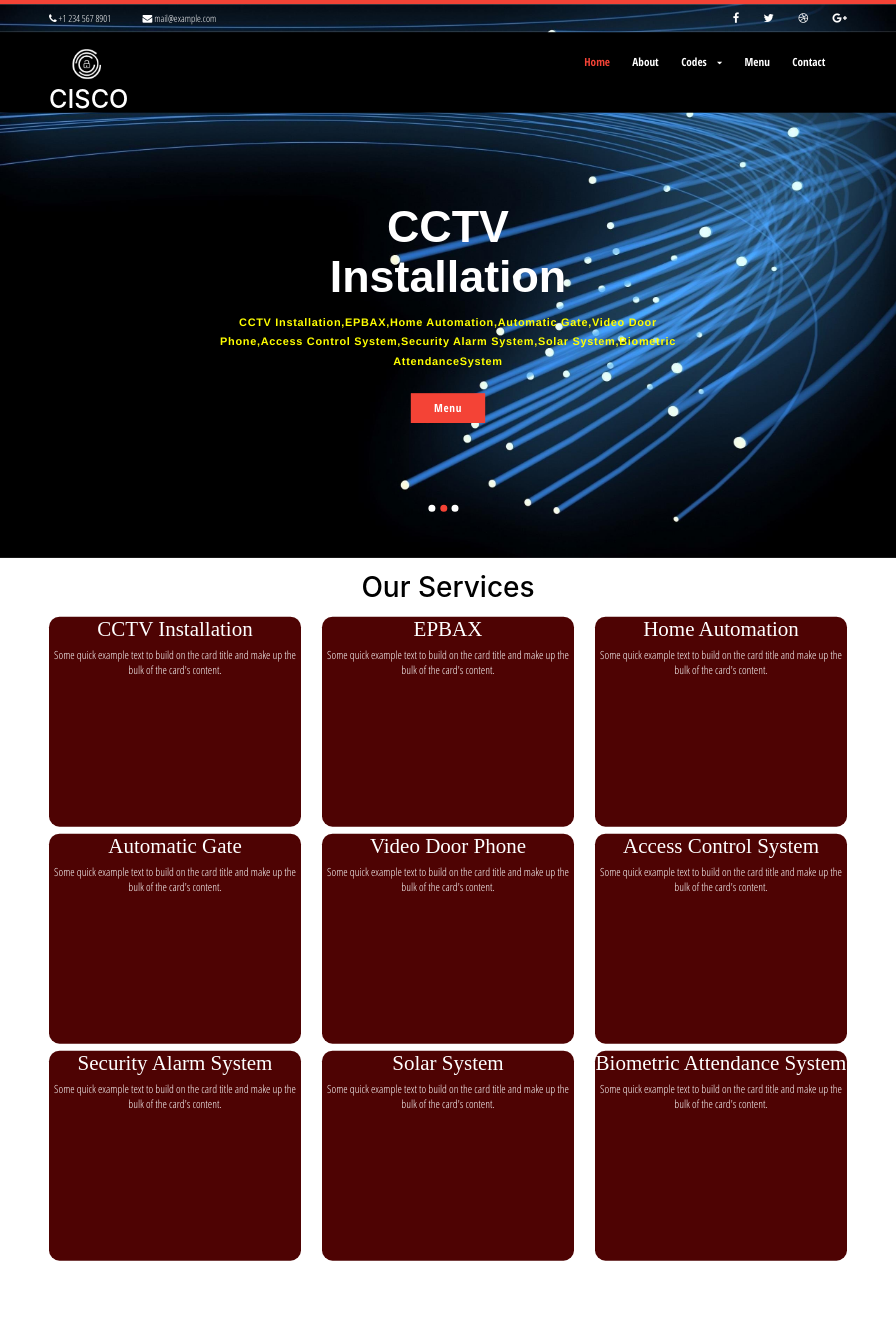
Repository: Nuhman123/Cisco
Page: index.html
The author's editor kept a copy of each file at every save. The page is drawn from the files as they stood at one save, then again after a run of saves.
The browser window is 1280 px wide. The pictures show the part of the page from y = 0 to 1920 px (the page is 3238 px tall before and 3225 px after), at 70% of full size.

Above is the page before, as saved 2021-04-08 19:23:51.

### index.html
<!--A Design by W3layouts
Author: W3layout
Author URL: http://w3layouts.com
License: Creative Commons Attribution 3.0 Unported
License URL: http://creativecommons.org/licenses/by/3.0/
-->
<!DOCTYPE html>
<html lang="en">
<head>
<title>Royal Recipes a Hotels and restaurants Category Flat Bootstrap responsive Website Template | Home :: w3layouts</title>
<meta name="viewport" content="width=device-width, initial-scale=1">
<meta http-equiv="Content-Type" content="text/html; charset=utf-8" />
<meta name="keywords" content="Royal Recipes Responsive web template, Bootstrap Web Templates, Flat Web Templates, Android Compatible web template,
Smartphone Compatible web template, free webdesigns for Nokia, Samsung, LG, SonyEricsson, Motorola web design" />
<script type="application/x-javascript"> addEventListener("load", function() { setTimeout(hideURLbar, 0); }, false); function hideURLbar(){ window.scrollTo(0,1); } </script>
<!-- bootstrap-css -->
<link href="css/bootstrap.css" rel="stylesheet" type="text/css" media="all" />
<!--// bootstrap-css -->
<!-- css -->
<link rel="stylesheet" href="css/style.css" type="text/css" media="all" />
<!--// css -->
<link rel="stylesheet" href="css/owl.carousel.css" type="text/css" media="all">
<link href="css/owl.theme.css" rel="stylesheet">
<!-- font-awesome icons -->
<link href="css/font-awesome.css" rel="stylesheet">
<!-- //font-awesome icons -->
<!-- font -->
<link href='//fonts.googleapis.com/css?family=Pacifico' rel='stylesheet' type='text/css'>
<link href='//fonts.googleapis.com/css?family=Open+Sans+Condensed:300,300italic,700' rel='stylesheet' type='text/css'>
<!-- //font -->
<script src="js/jquery-1.11.1.min.js"></script>
<script src="js/bootstrap.js"></script>
<!-- light-box -->
<link rel="stylesheet" href="css/lightbox.css">
<!-- //light-box -->
<script src="js/SmoothScroll.min.js"></script>
<!--search jQuery-->
<script src="js/main.js"></script>
<!--//search jQuery-->
<script type="text/javascript">
	jQuery(document).ready(function($) {
		$(".scroll").click(function(event){
			event.preventDefault();
			$('html,body').animate({scrollTop:$(this.hash).offset().top},1000);
		});
	});
</script>

<script>
$(document).ready(function() {
	$("#owl-demo").owlCarousel({

		autoPlay: 3000, //Set AutoPlay to 3 seconds
		autoPlay:true,
		items : 4,
		itemsDesktop : [640,5],
		itemsDesktopSmall : [414,4]

	});

});
</script>
</head>
<body>
	<div class="w3layouts-banner-top">

	</div>
	<!-- banner -->
	<div class="banner">
		<div class="top-banner">
			<div class="container">
				<div class="top-banner-left">
					<ul>
						<li><i class="fa fa-phone" aria-hidden="true"></i> +1 234 567 8901</li>
						<li><a href="mailto:example@email.com"><i class="fa fa-envelope" aria-hidden="true"></i> mail@example.com</a></li>
					</ul>
				</div>
				<div class="top-banner-right">
					<ul>
						<li><a class="facebook" href="#"><i class="fa fa-facebook" aria-hidden="true"></i></a></li>
						<li><a class="facebook" href="#"><i class="fa fa-twitter" aria-hidden="true"></i></a></li>
						<li><a class="facebook" href="#"><i class="fa fa-dribbble" aria-hidden="true"></i></a></li>
						<li><a class="facebook" href="#"><i class="fa fa-google-plus" aria-hidden="true"></i></a></li>
					</ul>
				</div>
				<div class="clearfix"> </div>
			</div>
		</div>
		<div class="header" style="background: black;">
			<div class="container">
				<div class="logo">
					<header>
						<div class="col-xs-4">
							<img src="images/csc0log.png">
						</div>
						<div class="col-xs-4">

						</div>
					<h1>
						<a href="index.html">CISCO</a>
					</h1>
				</div>
				<div class="top-nav">
					<nav class="navbar navbar-default">
							<button type="button" class="navbar-toggle collapsed" data-toggle="collapse" data-target="#bs-example-navbar-collapse-1">Menu
							</button>
						<!-- Collect the nav links, forms, and other content for toggling -->
						<div class="collapse navbar-collapse" id="bs-example-navbar-collapse-1">
							<ul class="nav navbar-nav">
								<li><a class="active" href="index.html">Home</a></li>
								<li><a href="about.html">About</a></li>
								<li><a href="#" class="dropdown-toggle hvr-bounce-to-bottom" data-toggle="dropdown" role="button" aria-haspopup="true" aria-expanded="false">Codes<span class="caret"></span></a>
									<ul class="dropdown-menu">
										<li><a class="hvr-bounce-to-bottom" href="icons.html">Icons</a></li>
										<li><a class="hvr-bounce-to-bottom" href="typography.html">Typography</a></li>
									</ul>
								</li>
								<li><a href="menu.html">Menu</a></li>
								<li><a href="contact.html">Contact</a></li>
							</ul>
							<div class="clearfix"> </div>
						</div>
					</nav>
				</div>
			</header>
				<div class="clearfix"> </div>
			</div>
		</div>
		<div class="banner-slider">
			<div class="container">
				<div class="slider">
					<div class="callbacks_container">
						<ul class="rslides callbacks callbacks1" id="slider4">
							<li>
								<div class="agileits-banner-info">
									<h3>CISCO</h3>
									<h5>Security Solutions & Automation</h5>
									<p>CCTV Installation,EPBAX,Home Automation,Automatic Gate,Video Door Phone,Access Control System,Security Alarm System,Solar System,Biometric AttendanceSystem</p>
									<a href="menu.html">Menu</a>
								</div>
							</li>
							<li>
								<div class="agileits-banner-info">
									<h3>CCTV<br> Installation</h3>
									<p>CCTV Installation,EPBAX,Home Automation,Automatic Gate,Video Door Phone,Access Control System,Security Alarm System,Solar System,Biometric AttendanceSystem</p>
									<a href="menu.html">Menu</a>
								</div>
							</li>
							<li>
								<div class="agileits-banner-info">
									<h3>CISCO</h3>
									<p>CCTV Installation,EPBAX,Home Automation,Automatic Gate,Video Door Phone,Access Control System,Security Alarm System,Solar System,Biometric AttendanceSystem</p>
									<a href="menu.html">Menu</a>
								</div>
							</li>
						</ul>
					</div>
					<script src="js/responsiveslides.min.js"></script>
					<script>
						// You can also use "$(window).load(function() {"
						$(function () {
						  // Slideshow 4
						  $("#slider4").responsiveSlides({
							auto: true,
							pager:true,
							nav:false,
							speed: 500,
							namespace: "callbacks",
							before: function () {
							  $('.events').append("<li>before event fired.</li>");
							},
							after: function () {
							  $('.events').append("<li>after event fired.</li>");
							}
						  });

						});
					 </script>
					<!--banner Slider starts Here-->
				</div>
			</div>
		</div>
	</div>
	<!-- banner -->
	<!-- services -->
	<section class="bg-light p-4 mt-5" id="Services-section">
		<div class="container">
		  <h1 class="services text-center">Our Services</h1>
		  <div class="row">
			<div class="col-lg-4 col-md-6 pt-3">
			  <div class="card text-center">

				<div class="card-body">
				  <h5 class="card-title">CCTV Installation</h5>
				  <p class="card-text">Some quick example text to build on the card title and make up the bulk of the card's content.</p>
				</div>
			  </div>
			</div>
			<div class="col-lg-4 col-md-6  pt-3">
			  <div class="card text-center ">

				<div class="card-body">
				  <h5 class="card-title">EPBAX</h5>
				  <p class="card-text">Some quick example text to build on the card title and make up the bulk of the card's content.</p>
				</div>
			  </div>
			</div>
			<div class="col-lg-4 col-md-6  pt-3">
			  <div class="card text-center ">

				<div class="card-body">
				  <h5 class="card-title">Home Automation</h5>
				  <p class="card-text">Some quick example text to build on the card title and make up the bulk of the card's content.</p>
				</div>
			  </div>
			</div>
			<div class="col-lg-4 col-md-6  pt-3">
			  <div class="card text-center">
				<div class="card-body">
				  <h5 class="card-title">Automatic Gate</h5>
				  <p class="card-text">Some quick example text to build on the card title and make up the bulk of the card's content.</p>
				</div>
			  </div>
			</div>
			<div class="col-lg-4 col-md-6  pt-3">
			  <div class="card text-center">
				<div class="card-body">
				  <h5 class="card-title">Video Door Phone</h5>
				  <p class="card-text">Some quick example text to build on the card title and make up the bulk of the card's content.</p>
				</div>
			  </div>
			</div>
			<div class="col-lg-4 col-md-6  pt-3">
			  <div class="card text-center ">
				<div class="card-body">
				  <h5 class="card-title">Access Control System</h5>
				  <p class="card-text">Some quick example text to build on the card title and make up the bulk of the card's content.</p>
				</div>
			  </div>
			</div>
			<div class="col-lg-4 col-md-6  pt-3">
				<div class="card text-center ">
				  <div class="card-body">
					<h5 class="card-title">Security Alarm System</h5>
					<p class="card-text">Some quick example text to build on the card title and make up the bulk of the card's content.</p>
				  </div>
				</div>
			  </div>
			  <div class="col-lg-4 col-md-6  pt-3">
				<div class="card text-center ">
				  <div class="card-body">
					<h5 class="card-title">Solar System</h5>
					<p class="card-text">Some quick example text to build on the card title and make up the bulk of the card's content.</p>
				  </div>
				</div>
			  </div>
			  <div class="col-lg-4 col-md-6  pt-3">
				<div class="card text-center ">
				  <div class="card-body">
					<h5 class="card-title">Biometric Attendance System</h5>
					<p class="card-text">Some quick example text to build on the card title and make up the bulk of the card's content.</p>
				  </div>
				</div>
			  </div>
		  </div>
		</div>
	  </section>
	<!-- //services -->
	<!-- offer -->
	<div class="jarallax offer">
		<div class="container">
			<div class="w3l-offer-heading">
				<h3>Today Offers</h3>
			</div>
			<div class="w3ls-offer-slider">
				<div class="slider">
					<div class="callbacks_container">
						<ul class="rslides callbacks callbacks1" id="slider3">
							<li>
								<div class="agileinfo-offer-grid">
									<h4>45<span>%</span></h4>
									<h5>Pork Vindaloo</h5>
									<p>Quisque scelerisque rutrum nunc, eget hendrerit diam porta efficitur. Duis bibendum consequat est, sed efficitur arcu. Morbi viverra, leo sit amet vestibulum dignissim, tortor est dignissim dolor, eu accumsan est urna id felis. </p>
								</div>
							</li>
							<li>
								<div class="agileinfo-offer-grid">
									<h4>50%</h4>
									<h5>Phaal Curry</h5>
									<p>Vestibulum euismod porttitor interdum. Vivamus porta consectetur nulla porttitor hendrerit. Pellentesque ultrices augue ut nibh feugiat, nec egestas orci cursus. Sed vehicula quis erat sed lobortis. Curabitur eleifend sit amet.</p>
								</div>
							</li>
							<li>
								<div class="agileinfo-offer-grid">
									<h4>64%</h4>
									<h5>Laal Maas</h5>
									<p>Aenean volutpat auctor ultrices. Aliquam ac turpis ultrices, porta enim at, interdum velit. Ut ligula justo, sodales eu nisi a, molestie dictum leo. Sed blandit porta ante, at consequat nulla fermentum a. Donec aliquet tristique.</p>
								</div>
							</li>
						</ul>
					</div>
					<script>
						// You can also use "$(window).load(function() {"
						$(function () {
						  // Slideshow 4
						  $("#slider3").responsiveSlides({
							auto: true,
							pager:false,
							nav:false,
							speed: 500,
							namespace: "callbacks",
							before: function () {
							  $('.events').append("<li>before event fired.</li>");
							},
							after: function () {
							  $('.events').append("<li>after event fired.</li>");
							}
						  });

						});
					 </script>
					<!--banner Slider starts Here-->
				</div>
			</div>
			<script src="js/jarallax.js"></script>
		</div>
	</div>
	<!-- //offer -->
	<!-- special -->
	<div class="special">
		<div class="container">
			<div class="wthree-special-heading">
				<h3>IMAGES</h3>
			</div>
			<div class="special-grids">
				<div id="owl-demo" class="owl-carousel owl-theme">
						<div class="item">
							<div class="w3-agileits-special-grid-info">
								<img src="images/bio.jfif" alt="" />
							</div>
						</div>
						<div class="item">
							<div class="w3-agileits-special-grid-info">
								<img src="images/epbax.jpeg" alt="" />

							</div>
						</div>
						<div class="item">
							<div class="w3-agileits-special-grid-info">
								<img src="images/h automations.jfif" alt="" />

							</div>
						</div>
						<div class="item">
							<div class="w3-agileits-special-grid-info">
								<img src="images/home automa 5.jfif" alt="" />
							</div>
						</div>
						<div class="item">
							<div class="w3-agileits-special-grid-info">
								<img src="images/ghy.jfif" alt="" />

							</div>
						</div>
						<div class="item">
							<div class="w3-agileits-special-grid-info">
								<img src="images/289c9c264087cddc084383969cd6e19f.jpg" alt="" />

							</div>
						</div>
						<div class="item">
							<div class="w3-agileits-special-grid-info">
								<img src="images/h automations.jfif3.jfif" alt="" />

							</div>
						</div>
						<div class="item">
							<div class="w3-agileits-special-grid-info">
								<img src="images/cctv3.jpg" alt="" />

							</div>
						</div>
				</div>
			</div>
		</div>
	</div>
	<!-- //special -->
	<!-- footer -->
	<div class="w3-agile-footer">
		<div class="container">
			<div class="footer-grids">
				<div class="col-md-3 footer-grid">
					<div class="footer-grid-heading">
						<h4>Address</h4>
					</div>
					<div class="footer-grid-info">
						<p>Eiusmod Tempor inc
							<span>St Dolore Place,Kingsport 56777.</span>
						</p>
						<p class="phone">Phone : +1 123 456 789
							<span>Email : <a href="mailto:example@email.com">mail@example.com</a></span>
						</p>
					</div>
				</div>
				<div class="col-md-3 footer-grid">
					<div class="footer-grid-heading">
						<h4>Navigation</h4>
					</div>
					<div class="footer-grid-info">
						<ul>
							<li><a href="index.html">Home</a></li>
							<li><a href="about.html">About</a></li>
							<li><a href="menu.html">Menu</a></li>
							<li><a href="contact.html">Contact</a></li>
						</ul>
					</div>
				</div>
				<div class="col-md-3 footer-grid">
					<div class="footer-grid-heading">
						<h4>Follow</h4>
					</div>
					<div class="social">
						<ul>
							<li><a href="#"><i class="fa fa-facebook"></i></a></li>
							<li><a href="#"><i class="fa fa-twitter"></i></a></li>
							<li><a href="#"><i class="fa fa-rss"></i></a></li>
							<li><a href="#"><i class="fa fa-vk"></i></a></li>
						</ul>
					</div>
				</div>
				<div class="col-md-3 footer-grid">
					<div class="footer-grid-heading">
						<h4>Newsletter</h4>
					</div>
					<div class="footer-grid-info">
						<form action="#" method="post">
							<input type="email" id="mc4wp_email" name="EMAIL" placeholder="Enter your email here" required="">
							<input type="submit" value="Subscribe">
						</form>
					</div>
				</div>
				<div class="clearfix"> </div>
			</div>
			<div class="agileits-w3layouts-copyright">
				<p>© 2017 Royal Recipes . All Rights Reserved | Design by <a href="http://w3layouts.com/"> W3layouts</a> </p>
			</div>
		</div>
	</div>
	<!-- //footer -->
	<script src="js/owl.carousel.js"></script>
	<script type="text/javascript" src="js/move-top.js"></script>
	<script type="text/javascript" src="js/easing.js"></script>
	<!-- here stars scrolling icon -->
	<script type="text/javascript">
		$(document).ready(function() {
			/*
				var defaults = {
				containerID: 'toTop', // fading element id
				containerHoverID: 'toTopHover', // fading element hover id
				scrollSpeed: 1200,
				easingType: 'linear'
				};
			*/

			$().UItoTop({ easingType: 'easeOutQuart' });

			});
	</script>
<!-- //here ends scrolling icon -->
<script type="text/javascript">
			/* init Jarallax */
			$('.jarallax').jarallax({
				speed: 0.5,
				imgWidth: 1366,
				imgHeight: 768
			})
		</script>
</body>
</html>

Loaded but not shown: css/bootstrap.css (library); css/owl.carousel.css (common file); css/owl.theme.css (common file); css/font-awesome.css (library); js/jquery-1.11.1.min.js (library); js/bootstrap.js (library); css/lightbox.css (library); js/SmoothScroll.min.js (library); js/responsiveslides.min.js (library); js/owl.carousel.js (library); js/jarallax.js (433 lines, source omitted); js/easing.js (140 lines, source omitted); js/main.js (100 lines, source omitted); js/move-top.js (5 lines, source omitted); css/style.css (2003 lines, source omitted)

After the next 2 saves:
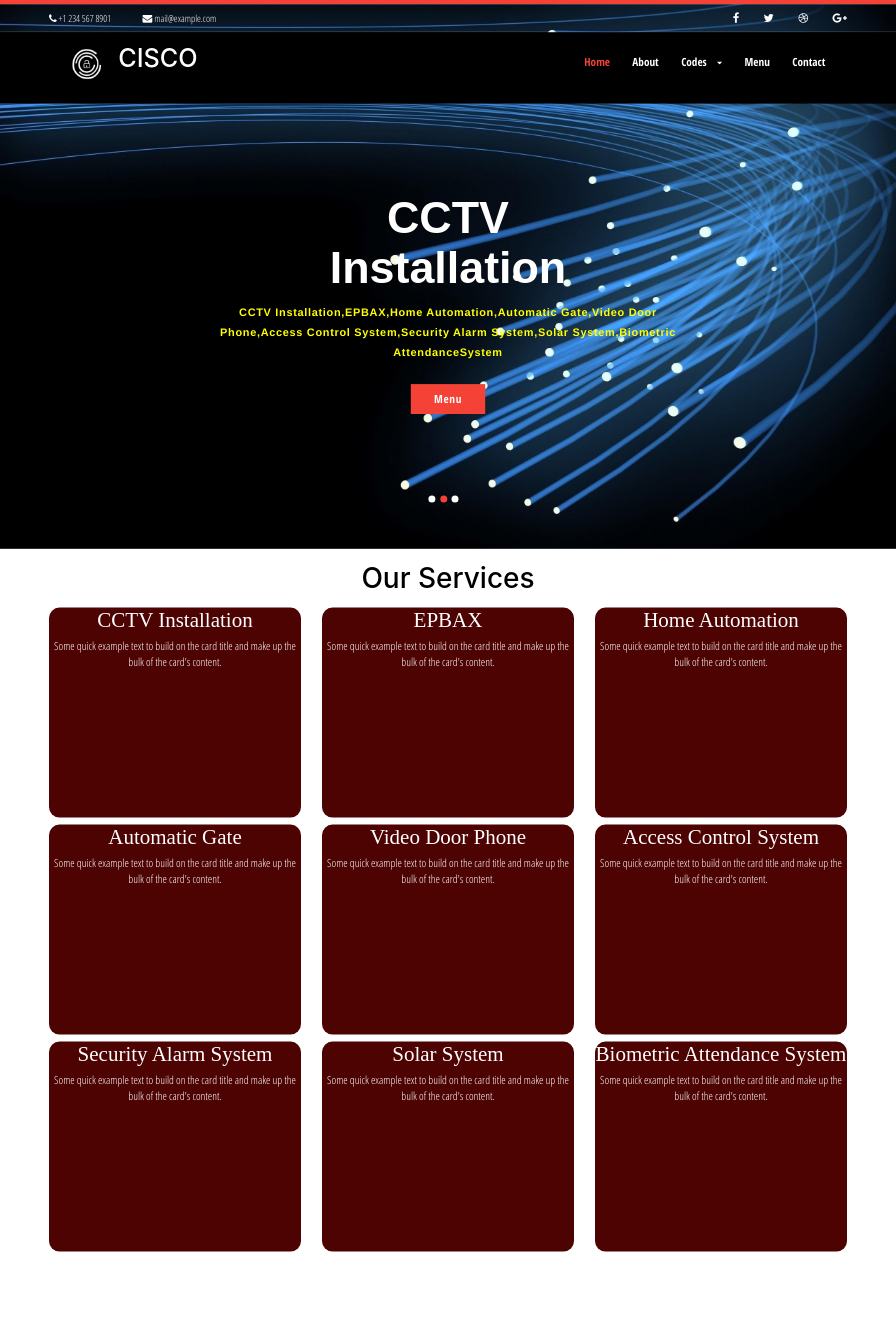
The 2 saves are shown as one change because they came seconds apart.
The last was saved 13 s later.
--- a/index.html
+++ b/index.html
@@ -94,11 +94,11 @@
 							<img src="images/csc0log.png">
 						</div>
 						<div class="col-xs-4">
-
-						</div>
-					<h1>
-						<a href="index.html">CISCO</a>
-					</h1>
+							<h1>
+								<a href="index.html">CISCO</a>
+							</h1>
+						</div>
+
 				</div>
 				<div class="top-nav">
 					<nav class="navbar navbar-default">
